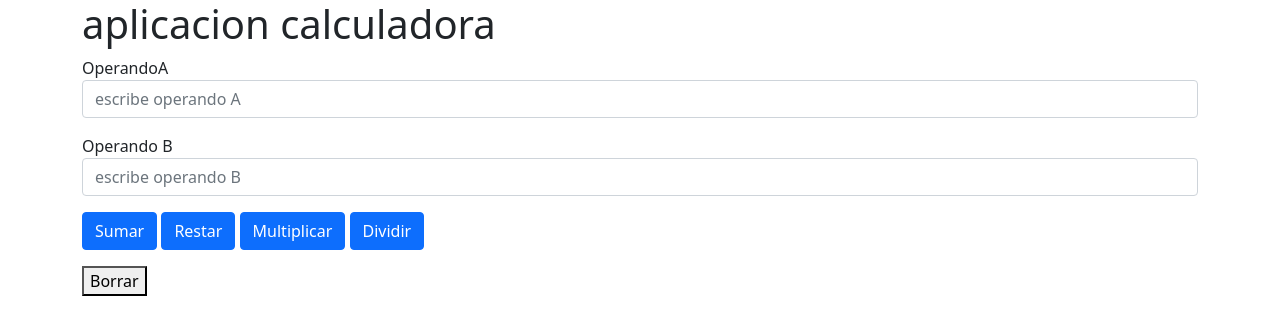
Repository: iwinser117/dw
Page: javascript udemy 43/ejercices/calculadora/index.html
An editor plug-in stored every save of this project. The page is shown before and after a run of saves, followed by the edit.
The browser window is 1280 px wide. The pictures show the whole page.

Above is the page before, as saved 2022-10-02 12:30:48.

After the next 2 saves:
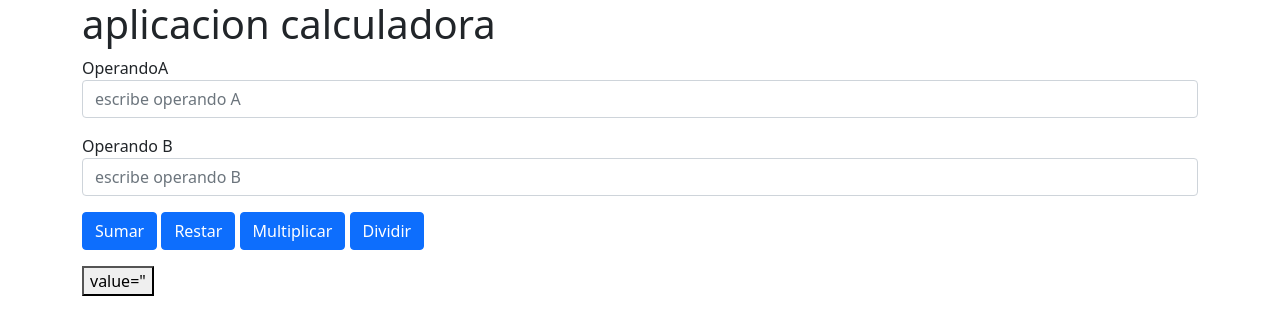
The 2 saves are shown as one change because they came seconds apart.
The last was saved 20 s later.
--- a/javascript udemy 43/ejercices/calculadora/index.html
+++ b/javascript udemy 43/ejercices/calculadora/index.html
@@ -38,7 +38,7 @@
 
 
     </div>
-    <button type="reset">Borrar</button>
+    <button type="reset"> value="</button>
 
     <div id="resultado"></div>
     <div id="resultadoResta"></div>
